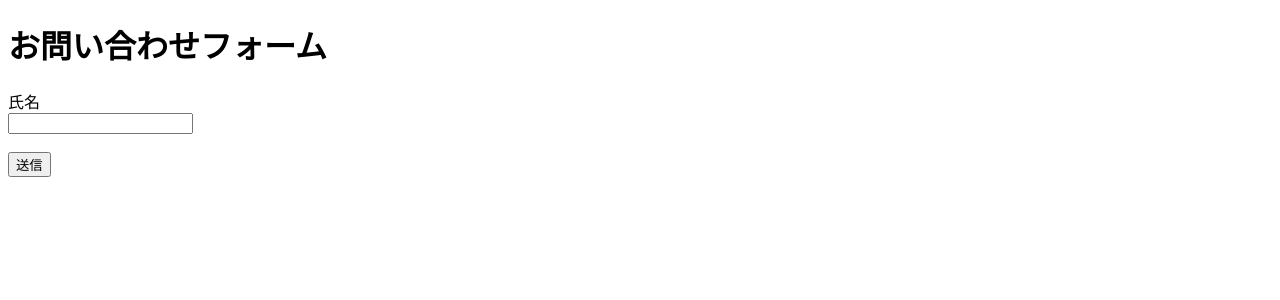
Repository: ishi1099/daily_report_system
Page: http://localhost/first_webapp/omikuji.jsp
These files come from the project's save history. The page is drawn as it stood at one moment and after the next save; the edit follows.
The browser window is 1280 px wide. The pictures show the whole page.
The page is served by Tomcat 9.

Above is the page before, as saved 2020-04-12 13:29:53.

After the next save:
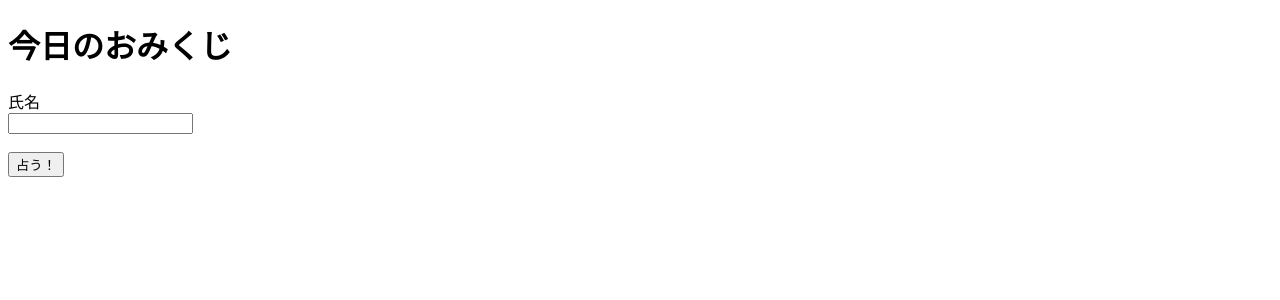
Saved 2 min 40 s later.
--- a/first_webapp/WebContent/omikuji.jsp
+++ b/first_webapp/WebContent/omikuji.jsp
@@ -3,17 +3,17 @@
 <html lang="ja">
     <head>
         <meta charset="UTF-8">
-        <title>お問い合わせフォーム</title>
+        <title>今日のおみくじ</title>
     </head>
     <body>
-            <h1>お問い合わせフォーム</h1>
-            <form method="POST" action="/first_webapp/InquiryServlet">
+            <h1>今日のおみくじ</h1>
+            <form method="POST" action="/first_webapp/OmikujiServlet">
                 <label for="username">氏名</label><br />
                 <input type="text" name="username" />
                 <br /><br />
 
 
-                <button type="submit">送信</button>
+                <button type="submit">占う！</button>
             </form>
     </body>
 </html>
